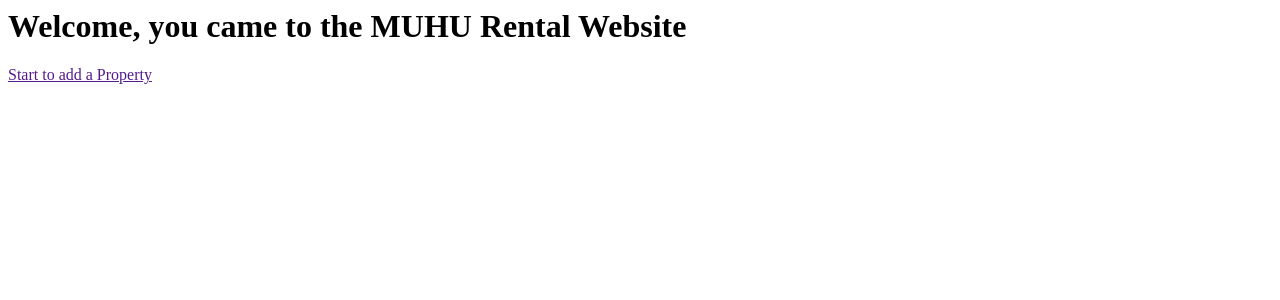
Repository: nds91400/spring-2023-cis2625-serverless
Page: muhu-rental/index.html
The author's editor kept a record of every edit. The page is drawn from the files as they stood at one moment, then again after the next edit.
The browser window is 1280 px wide. The pictures show the whole page.

Above is the page before.

### muhu-rental/index.html
<body>
    <h1>Welcome, you came to the MUHU Rental Website</h1>

    <a href="">Start to add a Property</a>
</body>

After the next edit:
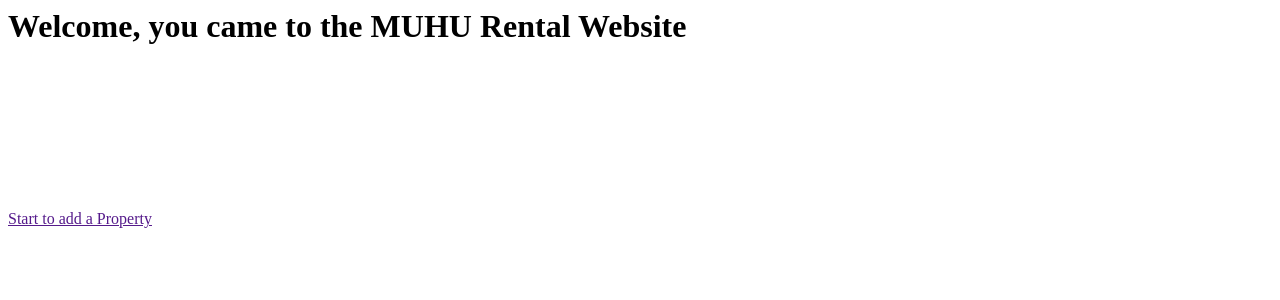
The edit:
--- a/muhu-rental/index.html
+++ b/muhu-rental/index.html
@@ -1,5 +1,11 @@
 <body>
-    <h1>Welcome, you came to the MUHU Rental Website</h1>
-
+    <h1>Welcome, you came to the MUHU Rental Website</h1></br>
+    </br>
+    </br>
+    </br>
+    </br>
+    </br>
+    </br>
+    </br>
     <a href="">Start to add a Property</a>
 </body>
